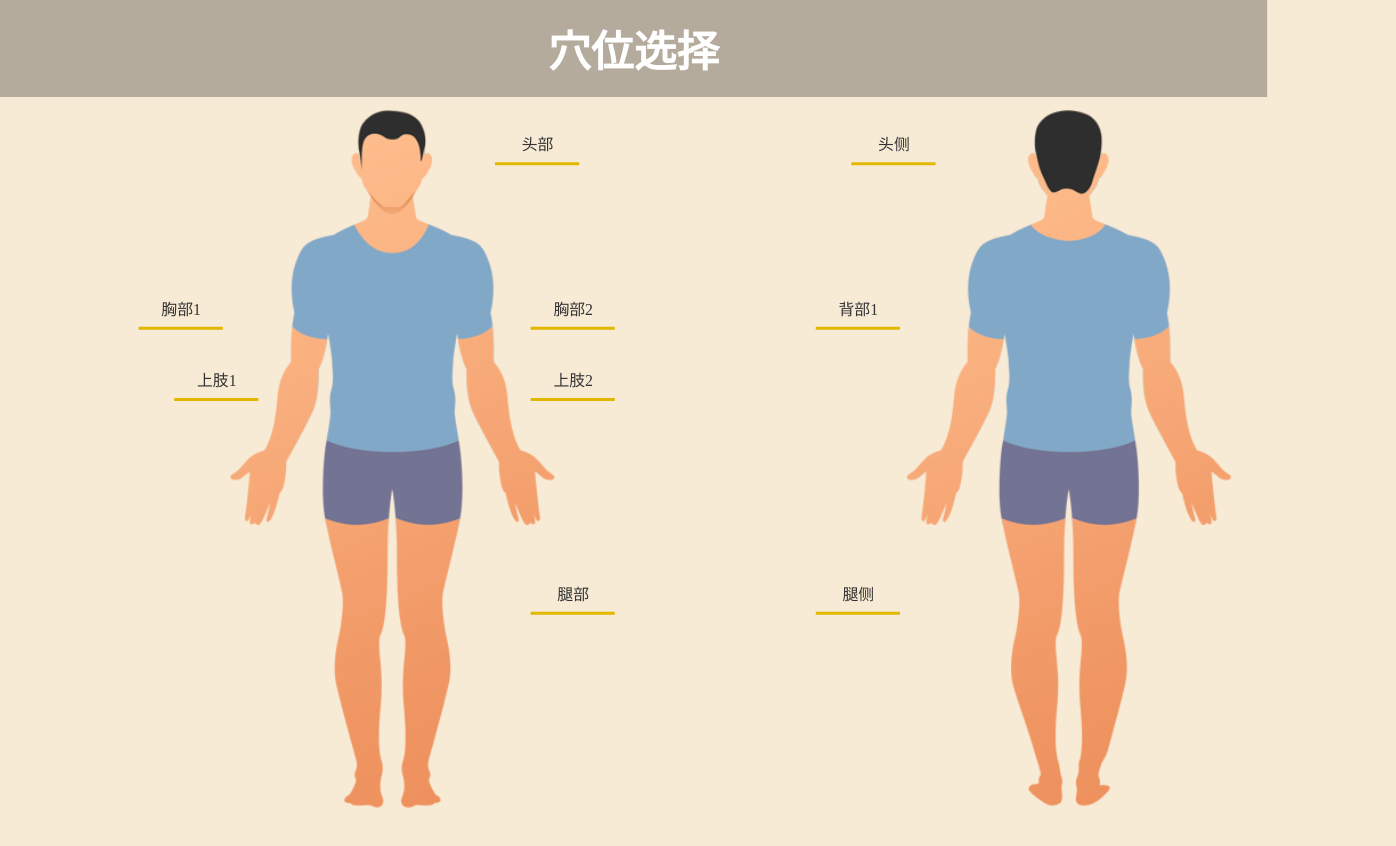
Repository: chjyume/zhongyi
Page: xuewei.html
The author's editor kept a copy of each file at every save. The page is drawn from the files as they stood at one save, then again after the next save.
The browser window is 1280 px wide. The page is 1368 px wide, then 1410 px, so the pictures cover 1410 px, including what lies to the right of the window. The pictures show the whole page, at 99% of full size.

Above is the page before, as saved 2023-09-12 21:15:13.

After the next save:
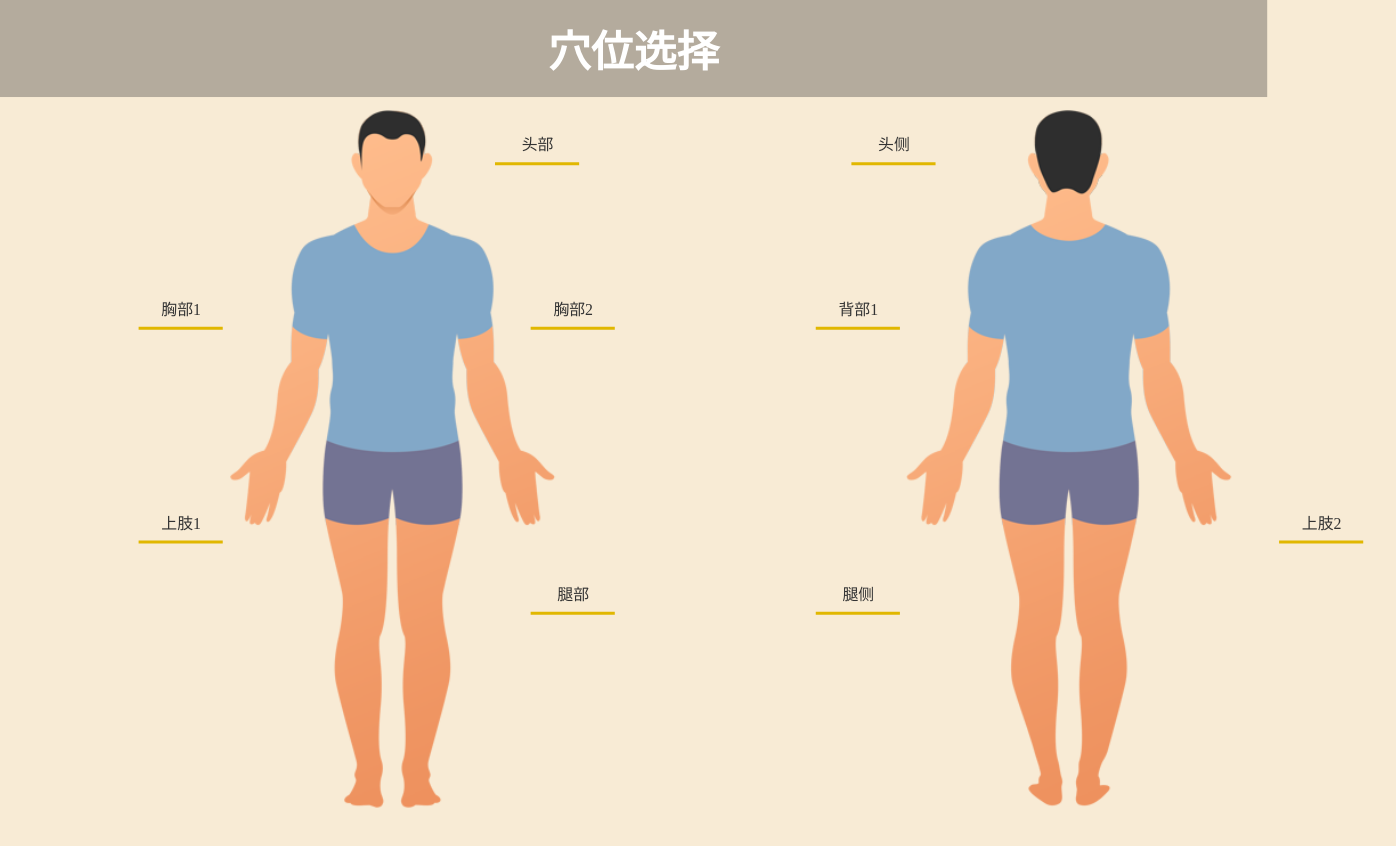
Saved 14 s later.
--- a/css/xuewei.css
+++ b/css/xuewei.css
@@ -61,13 +61,13 @@ margin: 0;
 }
 .btn6 {
     position: absolute;
-    top: 50vh;
-    left: 20vh;
+    top: 70vh;
+    left: 15vh;
 }
 .btn7 {
     position: absolute;
-    top: 50vh;
-    left: 70vh;
+    top: 70vh;
+    left: 175vh;
 }
 .btn8 {
     position: absolute;
